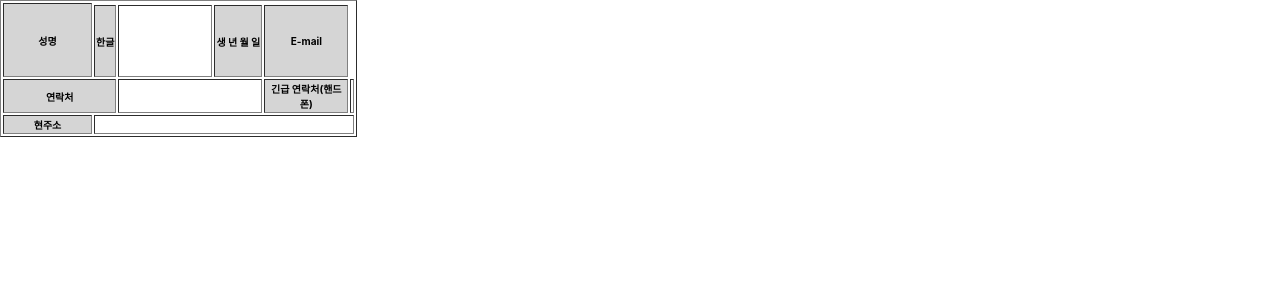
Repository: jiyeonyun/Resume
Page: / (app in resumes/)
The author's editor kept a copy of each file at every save. The page is drawn from the files as they stood at one save, then again after the next save.
The browser window is 1280 px wide. The pictures show the whole page.
The project was rebuilt for these pictures with package versions that can differ from the ones it lists, and the page was loaded fresh each time. Also part of the build but not shown: resumes/src/data/edudata.js, resumes/src/components/educationalHIstory/educational.jsx, resumes/src/components/footer/footer.jsx.

Above is the page before, as saved 2022-05-25 15:27:35.

After the next save:
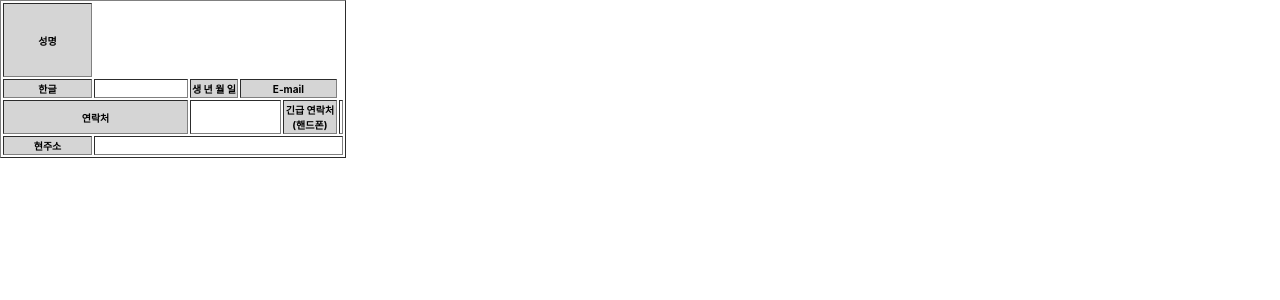
Saved 8 s later.
--- a/resumes/src/components/personalInfo/personalInfo.jsx
+++ b/resumes/src/components/personalInfo/personalInfo.jsx
@@ -4,7 +4,7 @@
   return (
     <table border="1">
       <tr>
-        <th rowSpan="2" width="85" height="70" bgcolor="D5D5D5">
+        <th rowSpan="1" width="85" height="70" bgcolor="D5D5D5">
           성명
         </th>
       </tr>

After the 2 saves that followed:
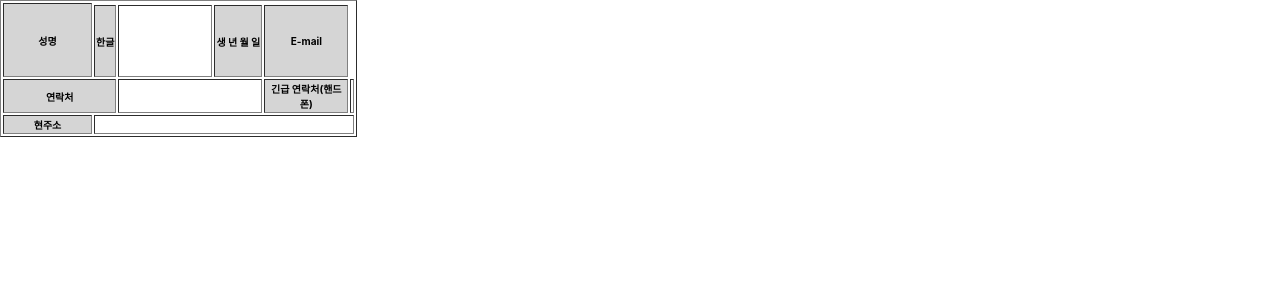
The 2 saves are shown as one change because they came seconds apart.
The last was saved 6 s later.
--- a/resumes/src/components/personalInfo/personalInfo.jsx
+++ b/resumes/src/components/personalInfo/personalInfo.jsx
@@ -4,7 +4,7 @@
   return (
     <table border="1">
       <tr>
-        <th rowSpan="1" width="85" height="70" bgcolor="D5D5D5">
+        <th rowSpan="2" width="85" height="70" bgcolor="D5D5D5">
           성명
         </th>
       </tr>
